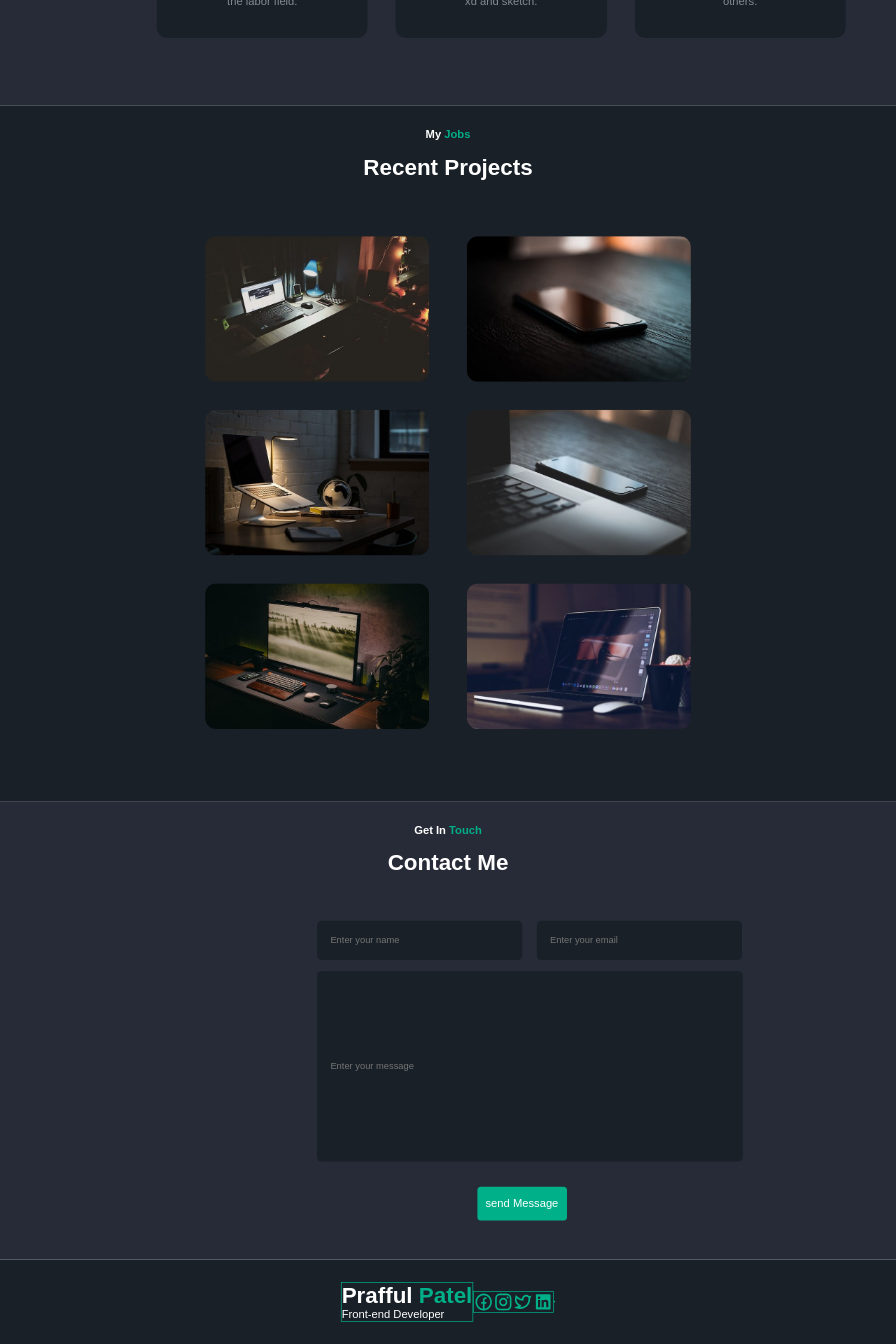
Repository: PraffulPatel27/Portfolio_2.0
Page: index.html
These files come from the project's save history. The page is drawn as it stood at one moment and after the next save; the edit follows.
The browser window is 1280 px wide. The pictures show the part of the page from y = 2169 to 4089 px (the page is 4089 px tall), at 70% of full size.

Above is the page before, as saved 2024-01-02 20:12:04.

### index.html
<!DOCTYPE html>
<html lang="en">
<head>
    <meta charset="UTF-8">
    <meta name="viewport" content="width=device-width, initial-scale=1.0">
    <title>Portfolio website complete</title>
    <link rel="stylesheet" href="style.css">
</head>
<body>

  <div class="container-first">
    <!-- /*********************** nav bar **************************/ -->
        <nav class="header">
            <h1>Portfolio</h1>

            <div class="nav-bar">
                <ul>
                    <li class="c1">Home</li>
                    <li> <a id="unique" href="#about">About</a></li>
                    <li>Services</li>
                    <li>Projects</li>
                    <li>Contact</li>
                </ul>
            </div>

        </nav>
        <!-- <div class="head-1"></div> -->



    <!-- /*********************** Section - 1 **************************/ -->
    <div class="first-main-content">
      <div class="left-content">
        <!-- <h1> Hi, </h1> -->
        <p class="ch"> Hello, </p>
        <p class="ch" id="bl"> I'm  </p>
        <h1 id="name-author"> Prafful Patel</h1>
        <h1> Front-end Developer </h1>

        <button class="btn"> Contact </button>
        <div class="social">
            <img src="images/insta.svg">
            <img src="images/fb.svg">
            <img src="images/github.svg">
        </div>
    </div>

   <img class="pic" src="images/profile-pic-circle.png">
   </div>


    <!-- /*********************** Section - 2 **************************/ -->
    <div class="section-2">
            <p class="heading-about"> About </p>

        <div class="front-2_under">
            <div class="left-content">
                <img class="left-img" src="images/image-portfolio.jpg">
            </div>

            <div class="right-para" id="about">
                <p class="heading-2"> I'am Prafful </p>
                <p class="description"> I'm Prafful Patel, a B.Tech. student specializing in AIML and
                    deiving into frontend development. With an unyielding passion
                    for emerging technologies, I'm committed to exploring the
                    digital frontier. My foundation in AIML, coupled with my
                    growing frontend skills, fuels my drive to push technological
                    boundaries and contribute to the ever-evolving tech
                    landscape. Thank you for visiting my portfolio; I eagerly
                    anticipate connecting with fellow enthusiasts and
                    organizations to shape the future of technology. </p>
            </div>
        </div>

    </div>


    <!-- /*********************** Section - 3 **************************/ -->

    <div class="section-3">
        <div class="bx-1">
            <p class="sm" > Favorite </p>
            <p class="sm" id="fsm"> Skills</p>
            <h1> My Skills</h1>

            <p class="skills-info">See fully what skills I have and perform, to
                develop the projects for you.</p>
            <button class="see-project"> See Projects </button>
        </div>

        <div class="bx-2">
          <div class="skill-nm">
            <p class="sl">01. </p>
            <p class="sl" id="lsm">HTML & CSS</p>
          </div>

          <div class="skill-nm">
            <p class="sl">02. </p>
            <p class="sl" id="lsm">JavaScript</p>
          </div>

          <div class="skill-nm">
            <p class="sl">03. </p>
            <p class="sl" id="lsm">Bootstrap</p>
          </div>

          <div class="skill-nm">
            <p class="sl">04. </p>
            <p class="sl" id="lsm">React</p>
          </div>
        </div>

        <div class="bx-2" id="bx-2_2">
            <div class="skill-nm">
                <p class="sl">05. </p>
                <p class="sl" id="lsm">Git & GitHub</p>
              </div>

              <div class="skill-nm">
                <p class="sl">06. </p>
                <p class="sl" id="lsm">Figma</p>
              </div>

              <div class="skill-nm">
                <p class="sl">07. </p>
                <p class="sl" id="lsm">C++</p>
              </div>
        </div>
    </div>


    <!-- /*********************** Section - 4 **************************/ -->
    <div class="section-4">
      <div class="head-4">
        <p class="sl" id="lsm">My</p>
        <p class="sl">Services</p>
      </div>

      <h1>What I Do</h1>

      <div class="do-box">
         <div class="box-1">
            <img src="./images/web-development.png">
            <h2>Web Developer</h2>
            <p>Development of custom web
                pages. Using current technologies
                and libraries of the labor field.</p>
         </div>

         <div class="box-1">
            <img src="./images/ui-ux-designe.svg">
            <h2>UI/UX Designer</h2>
            <p>I offer design of web interfaces and
                mobile applications, design made
                in figma, adobe xd and sketch.</p>
         </div>

         <div class="box-1">
            <img src="./images/graphic-design.png">
            <h2>Graphic Design</h2>
            <p>I make designs at the client's
                request, banner design, posters,
                digital designs among others.</p>
         </div>
      </div>
    </div>


    <!-- /*********************** Section - 5 **************************/ -->
    <div class="section-5">
        <div class="head-5">
          <p class="sl" id="lsm">My</p>
          <p class="sl">Jobs</p>
        </div>

        <h1>Recent Projects</h1>

        <div class="projects-box">
            <div class="pro-1">
               <img src="./images/project-img-1.jpg">
            </div>

            <div class="pro-1">
               <img src="./images/project-img-2.jpg">
            </div>

            <div class="pro-1">
               <img src="./images/project-img-3.jpg">
            </div>

            <div class="pro-1">
                <img src="./images/project-img-4.jpg">
            </div>

            <div class="pro-1">
                <img src="./images/project-img-5.jpg">
            </div>

            <div class="pro-1">
                <img src="./images/project-img-6.jpg">
            </div>

         </div>
    </div>


    <!-- /*********************** Section - 6 **************************/ -->
    <div class="section-6">
        <div class="head-6">
          <p class="sl" id="lsm">Get In </p>
          <p class="sl">Touch</p>
        </div>

        <h1>Contact Me</h1>

        <div class="contact">
          <div class="contact-box-1">
            <input type="name" class="fs-input" placeholder="Enter your name">
            <input type="email" class="fs-input" placeholder="Enter your email">
          </div>

          <div class="contact-box-2">
            <input type="text" id="contact-message" placeholder="Enter your message">
          </div>
        </div>
        <button class="contact-btn"> send Message </button>
    </div>


    <!-- /*********** footer section here ************/ -->
    <footer>
        <div class="footer-box-1">
            <h1 class="foot" id="last"> Prafful </h1>
            <h1 class="foot"> Patel</h1>
            <p style="color: #fff;"> Front-end Developer</p>
        </div>

        <div class="footer-box-1" id="foot-icons-link">
            <img class="fb" src="images/fb.svg">
            <img class="ins" src="images/insta.svg">
            <img class="lid" src="images/twitter-line.svg">
            <img class="git" src="images/linkedin.svg">
        </div>

        <div class="footer-box-1">

        </div>
    </footer>


    <!-- <footer>
            <h4 class="f-h4"> Prafful </h4>
            <div class="fimg">
                <img class="fb" src="images/faceb.png">
                <img class="ins" src="images/instagram-logo.png">
                <img class="lid" src="images/linkedin (1).png">
                <img class="git" src="images/github (1).png">
            </div>
            <h3 class="f-h3"> Terms of Use . Privacy Policy </h3>
            <p class="fp"> © 2023 copyright all right reserved </p>
    </footer> -->

  </div>

</body>
</html>

### style.css
* {
    margin: 0;
    padding: 0;
    box-sizing: border-box;
    font-family: 'Poppins' , sans-serif;
    scroll-behavior: smooth;
    overflow-x: hidden;
}
.container-first {
    display: flex;
    flex-direction: column;
    flex-wrap: wrap;
    width: 100vw;
    align-items: center;
}
.main-con {
    margin-left: 10%;
    margin-right: 10%;
}

/*********************** Nav bar **************************/
.header {
    min-height: 90%;
    width: 100%;
    background-position: center;
    background-size: cover;
    position: relative;
    background-color: #192027;
    color: #fff;
}
nav {
    display: flex;
    padding: 1.6% 4%;
    align-items: center;
    justify-content: center;
}
.nav-bar {
    flex: 1;
    text-align: right;
}
.nav-bar ul li {
    list-style: none;
    display: inline-block;
    padding: 8px 18px;
    position: relative;
    /* font-weight: bold; */
    cursor: pointer;
    font-size: 0.88rem;
}
#unique {
    text-decoration: none;
    color: #fff;
}
#unique:hover {
    color: #00B089;
}
.nav-bar ul li::after  {
    content: '';
    width: 0%;
    height: 3.5px;
    background-color: #00B089;
    display: block;
    margin: auto;
    transition: 0.80s;
}
.nav-bar ul li:hover::after {
    width: 100%;
}
.nav-bar ul li:hover {
    color: #00B089;
}
nav h1 {
    font-size: 2rem;
    color: #00B089;
    margin-left: 1.7rem;
}

/*********************** Section - 1 **************************/
.first-main-content {
    width: 100%;
    background-color: #192027;
    padding-bottom: 7%;
    display: flex;
    justify-content: space-evenly;
    align-items: center;
    flex-direction: row;
    flex-wrap: wrap;
    align-items: center;
    /* border: 2px solid black; */
}
/* .head-1 {
    margin-top: -1.2%;
    opacity: 0.1;
    border: 0.8px solid black;
    width: 100%;
} */
.left-content {
    padding-top: 5%;
    padding-left: 10%;
    /* border: 2px solid black; */
}
.ch {
    display: inline;
    font-size: 33px;
    color: #fff;
}
#bl {
    color: #00B089;
}
#name-author {
    color: #00B089;
    margin-top: 1.2%;
    font-size: 3.3rem;
    margin-left: 0.1%;
}
.left-content h1 {
    line-height: 60px;
    color: #fff;
    font-size: 25px;
}
.btn {
    width: 10%;
    height: 3rem;
    margin-top: 7%;
    margin-left: 0.5%;
    border-radius: 10px;
    background: #00B089;
    border: none;
    cursor: pointer;
    color: white;
    font-size: 1rem;
    text-align: center;
}
.btn:hover {
    box-shadow: 0px 0px 30px #00B089;
    transition: 0.2s;
}
.social {
    margin-top: 4%;
    margin-left: -1%;
    /* border: 2px solid black; */
}
.social img {
    width: 3%;
    padding-left: 1%;
    cursor: pointer;
    /* background: none; */
}
.social img:hover {
    color: #00B089;
}
.pic {
    width: 20rem;
    margin-top:5%;
    margin-right: -62%;
    flex-wrap: wrap;
    position: absolute;
}

/*********************** Section - 2 **************************/
.section-2 {
    width: 100%;
    flex-wrap: wrap;
    align-items: center;
    display: flex;
    position: none;
    justify-content: space-evenly;
    background-color: #272A37;
    /* border: 2px solid red; */
}
.heading-about {
    text-align: center;
    margin-top: 5%;
    color: #00B089;
    font-size: 2.2rem;
    font-weight: 700;
    text-decoration: underline;
}
.front-2_under {
    display: flex;
    flex-direction: row;
    justify-content: space-evenly;
    align-items: center;
    margin-top: 2%;
    margin-left: 6.5%;
    margin-right: 9%;
    margin-bottom: 6%;
    /* border: 2px solid red; */
}
.left-content {
    flex: 1;
}
.left-content .left-img {
    width: 60%;
    max-width: 100%;
    height: auto;
    border-radius: 1%;
}
.right-para {
    flex: 1;
}
.heading-2 {
    font-size: 2.5rem;
    line-height: 70px;
    color: #fff;
}
.description {
    color: #858B96;
    letter-spacing: 1.5px;
    line-height: 28px;
    margin-top: 2%;
}

 /*********************** Section - 3 **************************/
 .section-3 {
    width: 100%;
    height: 28rem;
    padding-top: 5%;
    flex-wrap: wrap;
    display: flex;
    /* flex-direction: row; */
    padding-left: 10%;
    padding-right: 10%;
    background-color: #192027;
    /* border: 2px solid black; */
}
.sm {
    color: #fff;
    display: inline;
    font-weight: 700;
    font-size: 15px;
}
#fsm {
    color: #00B089;
}
.bx-1 h1 {
    margin-top: 2.8%;
    color: #fff;
}
.skills-info {
    color: #858B96;
    margin-top: 8%;
    margin-bottom: 4.5%;
    font-size: 15px;
}
.bx-1 {
    /* border: 2px solid green; */
    overflow: hidden;
    width: 38%;
    height: 94%;
    padding-top: 5%;
    padding-left: 12%;
    margin-right: 3%;
}
.see-project {
    width: 40%;
    height: 3rem;
    margin-top: 15%;
    margin-left: 0.5%;
    border-radius: 6px;
    background: #00B089;
    border: none;
    cursor: pointer;
    color: white;
    font-size: 0.88rem;
    text-align: center;
}
.see-project:hover {
    box-shadow: 0px 0px 30px #00B089;
    transition: 0.2s;
}

.bx-2 {
    /* border: 2px solid red; */
    width: 27%;
    margin-top: 8%;
    padding-left: 10%;
}
#bx-2_2 {
    padding-left: 3%;
}
.skill-nm {
    margin-bottom: 10%;
}
.sl {
    color: #00B089;
    display: inline;
}
#lsm {
    color: #fff;
}

/*********************** Section - 4 **************************/
.section-4 {
    width: 100%;
    /* height: 30rem; */
    background-color: #272A37;
    padding-bottom: 4rem;
}
.head-4 {
    text-align: center;
    font-weight: 700;
    margin-top: 2.5%;
}
.section-4 h1 {
    margin-top: 1.5%;
    text-align: center;
    color: #fff;
}
.do-box {
    /* border: 1.5px solid white; */
    display: flex;
    margin-top: 5rem;
    /* margin-left: 5rem; */
    /* margin-right: 5rem; */
    padding: 2rem 2rem 2rem 14rem;
}
.box-1 {
    /* border: 1.5px solid orange; */
    width: 21rem;
    height: 20rem;
    border-radius: 15px;
    margin-right: 2.5rem;
    background-color: #192027;
}

.box-1:hover {
    border: 1px solid #00B089;
}
.box-1 img {
    width: 12%;
    margin: 5rem 0 0 9.1rem;
}
.box-1 h2 {
    text-align: center;
    color: #fff;
    margin-top: 1.5rem;
}
.box-1 p {
    color: #858B96;
    margin-top: 2rem;
    text-align: center;
    padding-left: 2.5rem;
    padding-right: 2.5rem;
}

.section-5 {
    width: 100%;
    background-color:#192027;
    padding-bottom: 4rem;
}
.section-5 h1 {
    margin-top: 1.5%;
    text-align: center;
    color: #fff;
}
.head-5 {
    text-align: center;
    font-weight: 700;
    margin-top: 2.5%;
}
.projects-box {
    margin-top: 5rem;
    display: flex;
    flex-wrap: wrap;
    justify-content: space-evenly;
    padding-left: 15rem;
    padding-right: 15rem;
}
.pro-1 {
    /* border: 1px solid #00B089; */
    border-radius: 16px;
    width: 20rem;
    height: 13rem;
    margin-bottom: 2.5rem;
}
.pro-1 img {
    display: block;
    object-fit: cover;
    width: 100%;
    height: 100%;
    /* border-radius: 16px; */

}

.section-6 {
    width: 100%;
    background-color:#272A37;
    padding-bottom: 3.5rem;
}
.section-6 h1 {
    margin-top: 1.5%;
    text-align: center;
    color: #fff;
}
.head-6 {
    text-align: center;
    font-weight: 700;
    margin-top: 2.5%;
}
.contact {
    /* border: 1px solid #00B089; */
    margin-top: 3.5rem;
    /* height: 21rem; */
    /* padding-left: 25rem; */
}
.contact-box-1 {
    width: 40rem;
    margin-left: 27.8rem;
    padding: 0.5rem 0.5rem 0.5rem 0.5rem;
    /* border: 1px solid #00B089; */
}
.contact-box-2 {
    width: 40rem;
    margin-left: 27.8rem;
    padding: 0.5rem 0.5rem 0.5rem 0.5rem;
    /* border: 1px solid #00B089; */
}
.fs-input {
    width: 47%;
    height: 3.5rem;
    border-radius: 6.5px;
    background-color: #192027;
    color: #858B96;
    padding-left: 1.2rem;
    margin-right: 1rem;
    border: none;
}
.fs-input::after {
    border: none;
}
#contact-message {
    width: 38rem;
    height: 17rem;
    border: none;
    padding-left: 1.2rem;
    padding-top: -2rem;
    border-radius: 6.5px;
    background-color: #192027;
    color: #858B96;
}
.contact-btn {
    width: 10%;
    height: 3rem;
    margin-top: 2.2%;
    margin-left: 42.6rem;
    border-radius: 5px;
    background: #00B089;
    border: none;
    cursor: pointer;
    color: white;
    font-size: 1rem;
    text-align: center;
}
/* .contact-btn:hover {
    box-shadow: 0px 0px 30px #00B089;
    transition: 0.2s;
} */

footer {
    width: 100%;
    background-color: #192027 !important;
    display: flex;
    justify-content: center;
    align-items: center;
    display: flex;
    padding: 2rem 2rem 2rem 2rem;
    /* border: 1px solid #00B089; */
}
.foot {
    color: #00B089;
    display: inline;
}
#last {
    color: #fff;
}
.footer-box-1 {
    border: 1px solid #00B089;
}
#foot-icons-link {
    display: flex;
    width: 7.2rem;
}

After the next save:
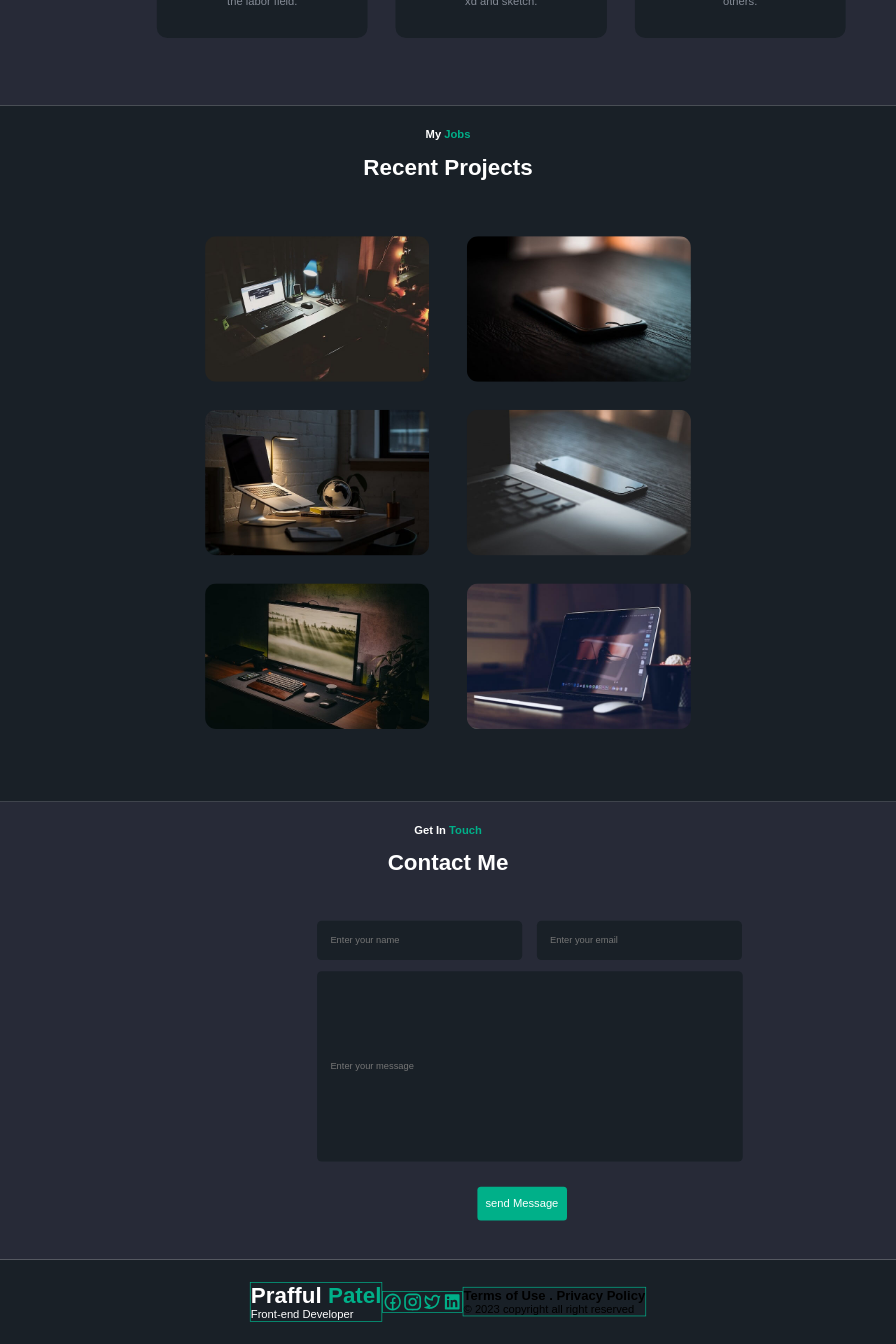
Saved 26 s later.
--- a/index.html
+++ b/index.html
@@ -243,7 +243,8 @@
         </div>
 
         <div class="footer-box-1">
-
+            <h3 class="f-h3"> Terms of Use . Privacy Policy </h3>
+            <p class="fp"> © 2023 copyright all right reserved </p>
         </div>
     </footer>
 
